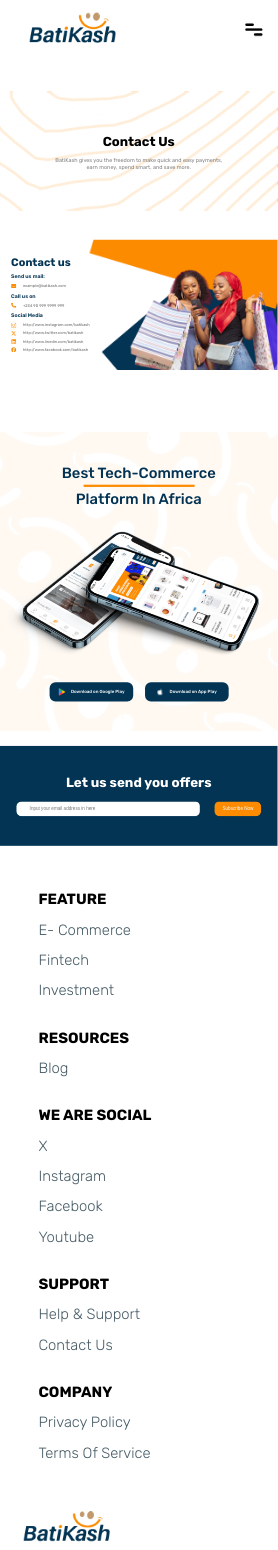
Repository: Batikashdev/batikash-website
Page: /contact
These files come from the project's save history. The page is drawn as it stood at one moment and after the next save; the edit follows.
The browser window is 375 px wide. The pictures show the whole page, at 74% of full size.
The project was rebuilt for these pictures with package versions that can differ from the ones it lists, and the page was loaded fresh each time. Also part of the build but not shown: vite.config.js, src/App.css, src/pages/About.jsx, src/components/blog/blog.scss, src/components/blog/BlogPost.jsx, src/components/blog/Frame1.jsx, src/components/blog/dummydate.js, src/pages/Blog.jsx and 7 more.

Above is the page before, as saved 2024-06-23 13:10:54.

After the next save:
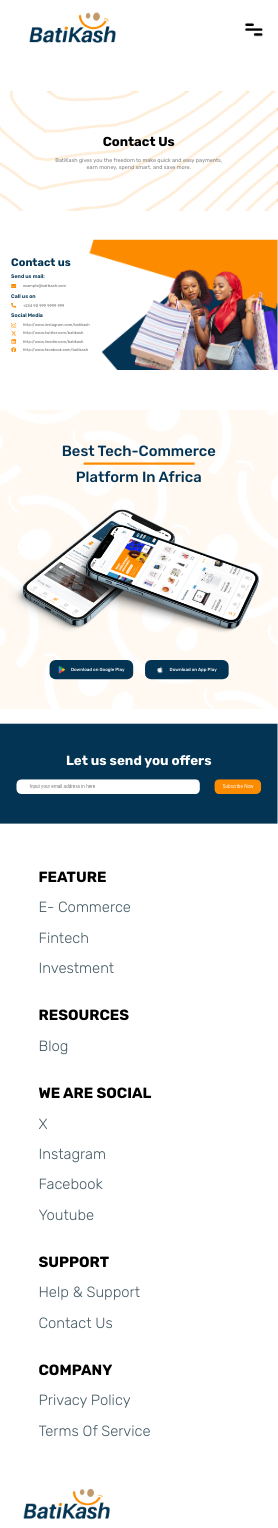
Saved 29 s later.
--- a/src/components/homeweb/home.scss
+++ b/src/components/homeweb/home.scss
@@ -220,7 +220,7 @@
 
     section {
         gap: 11px;
-        margin-top: 40px;
+        margin-top: 10px;
 
 
         header {
